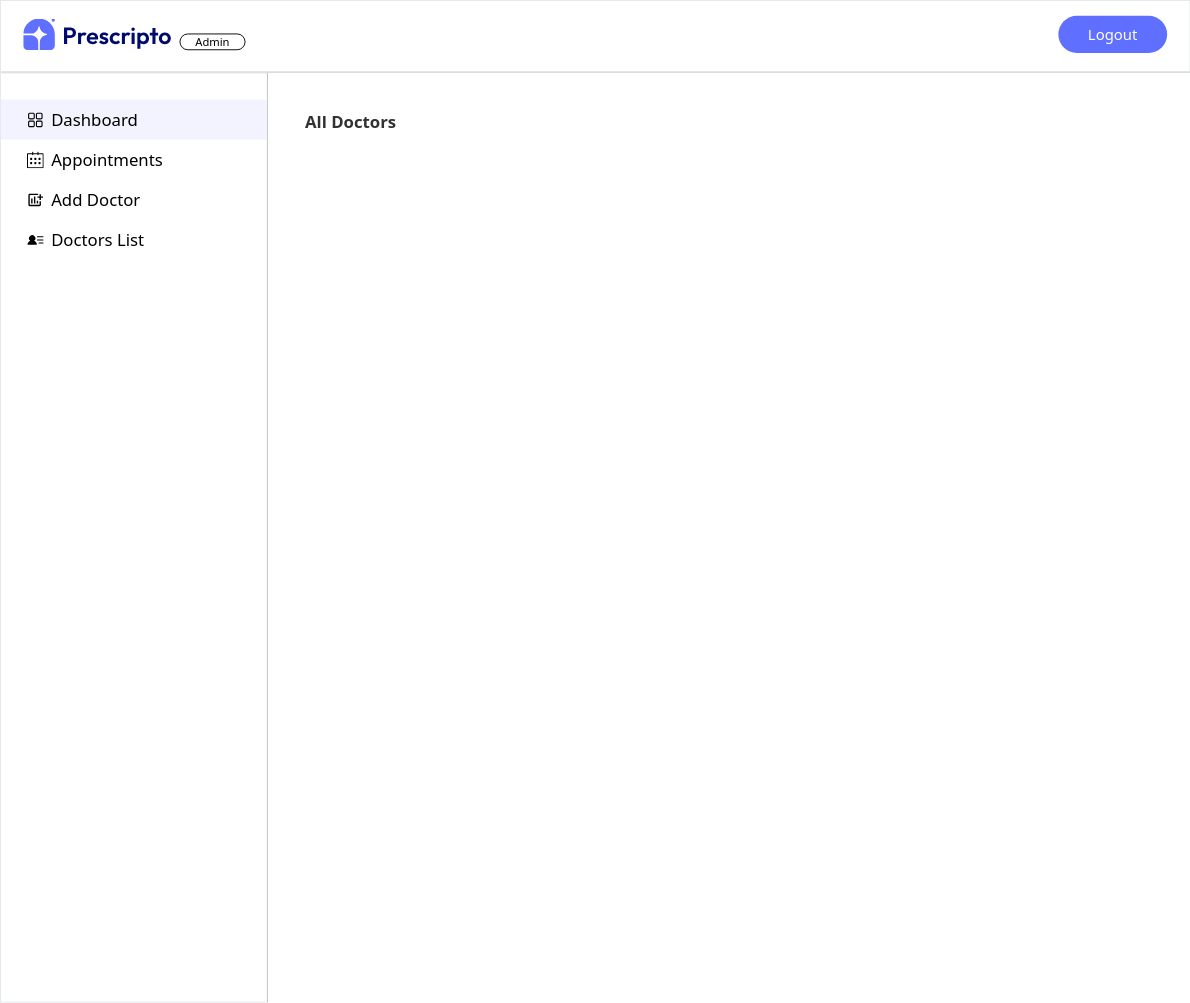
Repository: AzizHamdi99/Prescripto
Page: /doctorsList (app in AdminPanel/)
An editor plug-in stored every save of this project. The page is shown before and after the next save, followed by the edit.
The browser window is 1280 px wide. The pictures show the whole page, at 93% of full size.
The page's requests for data from a server got no answer. The project was rebuilt for these pictures with package versions that can differ from the ones it lists, and the page was loaded fresh each time. No one was signed in, and anything a server would have sent is missing. Also part of the build but not shown: AdminPanel/vite.config.js, AdminPanel/src/componants/AddDoctor.jsx.

Above is the page before, as saved 2025-01-02 17:16:02.

### AdminPanel/src/main.jsx
import { StrictMode } from 'react'
import { createRoot } from 'react-dom/client'
import './index.css'
import App from './App.jsx'
import { BrowserRouter } from "react-router-dom";

createRoot(document.getElementById('root')).render(
  <BrowserRouter>
    <App />
  </BrowserRouter>,
)

### AdminPanel/src/App.jsx
import { useState } from 'react'
import{Route,Routes} from 'react-router-dom'

import './App.css'
import Navbar from './componants/Navbar'
import SideBar from './componants/SideBar'
import AddDoctor from './componants/AddDoctor'
import DocotorsList from './componants/DocotorsList'

function App() {


  return (
    <div>
      <Navbar/>
      <div className='flex'>
      <SideBar/>
      <Routes>
      <Route path='/addDoctor' element={<AddDoctor/>}/>
      <Route path='/doctorsList' element={<DocotorsList/>}/>
      </Routes>
      </div>
    </div>

  )
}

export default App

### AdminPanel/src/componants/Navbar.jsx
import React from 'react'
import { assets } from '../../../frontend/src/assets/assets_frontend/assets'

function Navbar() {
  return (
    <div className='flex items-center justify-between px-6 py-4 pb-5 border-b-[#BEBEBE] border-[1px]  '>
        <div className='flex items-center justify-center'>
        <img src={assets.logo} alt="" className=' w-40 mr-2'  />
         <p className=' px-4 border-black border 1 rounded-xl font-light text-xs relative top-2'>Admin</p>
                </div>
        <span className='py-2 px-8 rounded-3xl bg-[#5F6FFF] text-white'>Logout</span>



    </div>
  )
}

export default Navbar

### AdminPanel/src/componants/SideBar.jsx
import React from 'react'
import { assets } from '../../../frontend/src/assets/assets_frontend/assets'
import { RxDashboard } from "react-icons/rx";
import { SlCalender } from "react-icons/sl";
import { MdAddChart } from "react-icons/md";
import { PiUserListFill } from "react-icons/pi";
import { useNavigate } from 'react-router-dom';


function SideBar() {
  const navigate=useNavigate();
  return (
    <div className='flex flex-col py-7 w-72 text-[18px] border-r-[#BEBEBE] border-[1px] h-[1000px]'>
        <div className='flex items-center gap-2  px-7 py-2 bg-[#F2F3FF] cursor-pointer'>
        <RxDashboard />
        <p>Dashboard</p>
        </div>
        <div className='flex items-center gap-2 px-7 py-2  cursor-pointer' >
        <SlCalender />
        <p>Appointments</p>
        </div>
        <div onClick={()=>navigate("/addDoctor")} className='flex items-center gap-2 px-7 py-2  cursor-pointer'>
        <MdAddChart />
        <p>Add Doctor</p>
        </div>
        <div onClick={()=>navigate("/doctorsList")}  className='flex items-center gap-2 px-7 py-2  cursor-pointer'>
        <PiUserListFill />
        <p>Doctors List</p>
        </div>

    </div>
  )
}

export default SideBar

### AdminPanel/src/componants/DocotorsList.jsx
import React, { useEffect, useState } from 'react'
import axios from 'axios'

function DocotorsList() {
const [data,setData]=useState([])
    useEffect(()=>{
        const fetchData=async()=>{
            try{
                const response= await axios.get('http://localhost:3000/api/doctors/getAllDoctors')
                console.log(response.data)
                setData(response.data);

            }catch(error){
                console.error('eroorr fetching daata',error)
            }


        }
        fetchData()
     },[])


  return (
    <div className='p-10'>
        <p className='text-[#323232] text-[18px] font-semibold'>All Doctors</p>
        <div className='grid grid-cols-5 gap-4 gap-y-6 '>
            {data.map((item,index)=>(
                <div className='border-[1px] border-[#C9D8FF] rounded-t-[12px]'>
                 <img className='w-full h-[216px] bg-[#EAEFFF] rounded-t-[12px]' src={`http://localhost:3000/${item.image}`} alt="" />
                 <div className='p-3'>
                    <p  className='text-[#1F2937] text-[18px] font-medium'>{item.name}</p>
                 <p className='text-[#4B5563] text-[14px] font-normal'>{item.speciality}</p>
                 </div>

                </div>
            ))}


        </div>


    </div>
  )
}

export default DocotorsList

### frontend/src/assets/assets_frontend/assets.js
import appointment_img from './appointment_img.png'
import header_img from './header_img.png'
import group_profiles from './group_profiles.png'
import profile_pic from './profile_pic.png'
import contact_image from './contact_image.png'
import about_image from './about_image.png'
import logo from './logo.svg'
import dropdown_icon from './dropdown_icon.svg'
import dropup_icon from './arrow-drop-up.svg'
import menu_icon from './menu_icon.svg'
import cross_icon from './cross_icon.png'
import chats_icon from './chats_icon.svg'
import verified_icon from './verified_icon.svg'
import arrow_icon from './arrow_icon.svg'
import info_icon from './info_icon.svg'
import upload_icon from './upload_icon.png'
import stripe_logo from './stripe_logo.png'
import razorpay_logo from './razorpay_logo.png'
import doc1 from './doc1.png'
import doc2 from './doc2.png'
import doc3 from './doc3.png'
import doc4 from './doc4.png'
import doc5 from './doc5.png'
import doc6 from './doc6.png'
import doc7 from './doc7.png'
import doc8 from './doc8.png'
import doc9 from './doc9.png'
import doc10 from './doc10.png'
import doc11 from './doc11.png'
import doc12 from './doc12.png'
import doc13 from './doc13.png'
import doc14 from './doc14.png'
import doc15 from './doc15.png'
import Dermatologist from './Dermatologist.svg'
import Gastroenterologist from './Gastroenterologist.svg'
import General_physician from './General_physician.svg'
import Gynecologist from './Gynecologist.svg'
import Neurologist from './Neurologist.svg'
import Pediatricians from './Pediatricians.svg'


export const assets = {
    appointment_img,
    header_img,
    group_profiles,
    logo,
    chats_icon,
    verified_icon,
    info_icon,
    profile_pic,
    arrow_icon,
    contact_image,
    about_image,
    menu_icon,
    cross_icon,
    dropdown_icon,
    upload_icon,
    stripe_logo,
    razorpay_logo,
    dropup_icon
}

export const specialityData = [
    {
        speciality: 'General physician',
        image: General_physician
    },
    {
        speciality: 'Gynecologist',
        image: Gynecologist
    },
    {
        speciality: 'Dermatologist',
        image: Dermatologist
    },
    {
        speciality: 'Pediatricians',
        image: Pediatricians
    },
    {
        speciality: 'Neurologist',
        image: Neurologist
    },
    {
        speciality: 'Gastroenterologist',
        image: Gastroenterologist
    },
]

export const doctors = [
    {
        _id: 'doc1',
        name: 'Dr. Richard James',
        image: doc1,
        speciality: 'General physician',
        degree: 'MBBS',
        experience: '4 Years',
        about: 'Dr. Davis has a strong commitment to delivering comprehensive medical care, focusing on preventive medicine, early diagnosis, and effective treatment strategies. Dr. Davis has a strong commitment to delivering comprehensive medical care, focusing on preventive medicine, early diagnosis, and effective treatment strategies.',
        fees: 50,
        address: {
            line1: '17th Cross, Richmond',
            line2: 'Circle, Ring Road, London'
        }
    },
    {
        _id: 'doc2',
        name: 'Dr. Emily Larson',
        image: doc2,
        speciality: 'Gynecologist',
        degree: 'MBBS',
        experience: '3 Years',
        about: 'Dr. Davis has a strong commitment to delivering comprehensive medical care, focusing on preventive medicine, early diagnosis, and effective treatment strategies. Dr. Davis has a strong commitment to delivering comprehensive medical care, focusing on preventive medicine, early diagnosis, and effective treatment strategies.',
        fees: 60,
        address: {
            line1: '27th Cross, Richmond',
            line2: 'Circle, Ring Road, London'
        }
    },
    {
        _id: 'doc3',
        name: 'Dr. Sarah Patel',
        image: doc3,
        speciality: 'Dermatologist',
        degree: 'MBBS',
        experience: '1 Years',
        about: 'Dr. Davis has a strong commitment to delivering comprehensive medical care, focusing on preventive medicine, early diagnosis, and effective treatment strategies. Dr. Davis has a strong commitment to delivering comprehensive medical care, focusing on preventive medicine, early diagnosis, and effective treatment strategies.',
        fees: 30,
        address: {
            line1: '37th Cross, Richmond',
            line2: 'Circle, Ring Road, London'
        }
    },
    {
        _id: 'doc4',
        name: 'Dr. Christopher Lee',
        image: doc4,
        speciality: 'Pediatricians',
        degree: 'MBBS',
        experience: '2 Years',
        about: 'Dr. Davis has a strong commitment to delivering comprehensive medical care, focusing on preventive medicine, early diagnosis, and effective treatment strategies. Dr. Davis has a strong commitment to delivering comprehensive medical care, focusing on preventive medicine, early diagnosis, and effective treatment strategies.',
        fees: 40,
        address: {
            line1: '47th Cross, Richmond',
            line2: 'Circle, Ring Road, London'
        }
    },
    {
        _id: 'doc5',
        name: 'Dr. Jennifer Garcia',
        image: doc5,
        speciality: 'Neurologist',
        degree: 'MBBS',
        experience: '4 Years',
        about: 'Dr. Davis has a strong commitment to delivering comprehensive medical care, focusing on preventive medicine, early diagnosis, and effective treatment strategies. Dr. Davis has a strong commitment to delivering comprehensive medical care, focusing on preventive medicine, early diagnosis, and effective treatment strategies.',
        fees: 50,
        address: {
            line1: '57th Cross, Richmond',
            line2: 'Circle, Ring Road, London'
        }
    },
    {
        _id: 'doc6',
        name: 'Dr. Andrew Williams',
        image: doc6,
        speciality: 'Neurologist',
        degree: 'MBBS',
        experience: '4 Years',
        about: 'Dr. Davis has a strong commitment to delivering comprehensive medical care, focusing on preventive medicine, early diagnosis, and effective treatment strategies. Dr. Davis has a strong commitment to delivering comprehensive medical care, focusing on preventive medicine, early diagnosis, and effective treatment strategies.',
        fees: 50,
        address: {
            line1: '57th Cross, Richmond',
            line2: 'Circle, Ring Road, London'
        }
    },
    {
        _id: 'doc7',
        name: 'Dr. Christopher Davis',
        image: doc7,
        speciality: 'General physician',
        degree: 'MBBS',
        experience: '4 Years',
        about: 'Dr. Davis has a strong commitment to delivering comprehensive medical care, focusing on preventive medicine, early diagnosis, and effective treatment strategies. Dr. Davis has a strong commitment to delivering comprehensive medical care, focusing on preventive medicine, early diagnosis, and effective treatment strategies.',
        fees: 50,
        address: {
            line1: '17th Cross, Richmond',
            line2: 'Circle, Ring Road, London'
        }
    },
    {
        _id: 'doc8',
        name: 'Dr. Timothy White',
        image: doc8,
        speciality: 'Gynecologist',
        degree: 'MBBS',
        experience: '3 Years',
        about: 'Dr. Davis has a strong commitment to delivering comprehensive medical care, focusing on preventive medicine, early diagnosis, and effective treatment strategies. Dr. Davis has a strong commitment to delivering comprehensive medical care, focusing on preventive medicine, early diagnosis, and effective treatment strategies.',
        fees: 60,
        address: {
            line1: '27th Cross, Richmond',
            line2: 'Circle, Ring Road, London'
        }
    },
    {
        _id: 'doc9',
        name: 'Dr. Ava Mitchell',
        image: doc9,
        speciality: 'Dermatologist',
        degree: 'MBBS',
        experience: '1 Years',
        about: 'Dr. Davis has a strong commitment to delivering comprehensive medical care, focusing on preventive medicine, early diagnosis, and effective treatment strategies. Dr. Davis has a strong commitment to delivering comprehensive medical care, focusing on preventive medicine, early diagnosis, and effective treatment strategies.',
        fees: 30,
        address: {
            line1: '37th Cross, Richmond',
            line2: 'Circle, Ring Road, London'
        }
    },
    {
        _id: 'doc10',
        name: 'Dr. Jeffrey King',
        image: doc10,
        speciality: 'Pediatricians',
        degree: 'MBBS',
        experience: '2 Years',
        about: 'Dr. Davis has a strong commitment to delivering comprehensive medical care, focusing on preventive medicine, early diagnosis, and effective treatment strategies. Dr. Davis has a strong commitment to delivering comprehensive medical care, focusing on preventive medicine, early diagnosis, and effective treatment strategies.',
        fees: 40,
        address: {
            line1: '47th Cross, Richmond',
            line2: 'Circle, Ring Road, London'
        }
    },
    {
        _id: 'doc11',
        name: 'Dr. Zoe Kelly',
        image: doc11,
        speciality: 'Neurologist',
        degree: 'MBBS',
        experience: '4 Years',
        about: 'Dr. Davis has a strong commitment to delivering comprehensive medical care, focusing on preventive medicine, early diagnosis, and effective treatment strategies. Dr. Davis has a strong commitment to delivering comprehensive medical care, focusing on preventive medicine, early diagnosis, and effective treatment strategies.',
        fees: 50,
        address: {
            line1: '57th Cross, Richmond',
            line2: 'Circle, Ring Road, London'
        }
    },
    {
        _id: 'doc12',
        name: 'Dr. Patrick Harris',
        image: doc12,
        speciality: 'Neurologist',
        degree: 'MBBS',
        experience: '4 Years',
        about: 'Dr. Davis has a strong commitment to delivering comprehensive medical care, focusing on preventive medicine, early diagnosis, and effective treatment strategies. Dr. Davis has a strong commitment to delivering comprehensive medical care, focusing on preventive medicine, early diagnosis, and effective treatment strategies.',
        fees: 50,
        address: {
            line1: '57th Cross, Richmond',
            line2: 'Circle, Ring Road, London'
        }
    },
    {
        _id: 'doc13',
        name: 'Dr. Chloe Evans',
        image: doc13,
        speciality: 'General physician',
        degree: 'MBBS',
        experience: '4 Years',
        about: 'Dr. Davis has a strong commitment to delivering comprehensive medical care, focusing on preventive medicine, early diagnosis, and effective treatment strategies. Dr. Davis has a strong commitment to delivering comprehensive medical care, focusing on preventive medicine, early diagnosis, and effective treatment strategies.',
        fees: 50,
        address: {
            line1: '17th Cross, Richmond',
            line2: 'Circle, Ring Road, London'
        }
    },
    {
        _id: 'doc14',
        name: 'Dr. Ryan Martinez',
        image: doc14,
        speciality: 'Gynecologist',
        degree: 'MBBS',
        experience: '3 Years',
        about: 'Dr. Davis has a strong commitment to delivering comprehensive medical care, focusing on preventive medicine, early diagnosis, and effective treatment strategies. Dr. Davis has a strong commitment to delivering comprehensive medical care, focusing on preventive medicine, early diagnosis, and effective treatment strategies.',
        fees: 60,
        address: {
            line1: '27th Cross, Richmond',
            line2: 'Circle, Ring Road, London'
        }
    },
    {
        _id: 'doc15',
        name: 'Dr. Amelia Hill',
        image: doc15,
        speciality: 'Dermatologist',
        degree: 'MBBS',
        experience: '1 Years',
        about: 'Dr. Davis has a strong commitment to delivering comprehensive medical care, focusing on preventive medicine, early diagnosis, and effective treatment strategies. Dr. Davis has a strong commitment to delivering comprehensive medical care, focusing on preventive medicine, early diagnosis, and effective treatment strategies.',
        fees: 30,
        address: {
            line1: '37th Cross, Richmond',
            line2: 'Circle, Ring Road, London'
        }
    },
]

Loaded but not shown: AdminPanel/index.html (common file); AdminPanel/src/index.css (common file); AdminPanel/tailwind.config.js (common file); AdminPanel/src/App.css (no stored copy; drawn as an empty file)

After the next save:
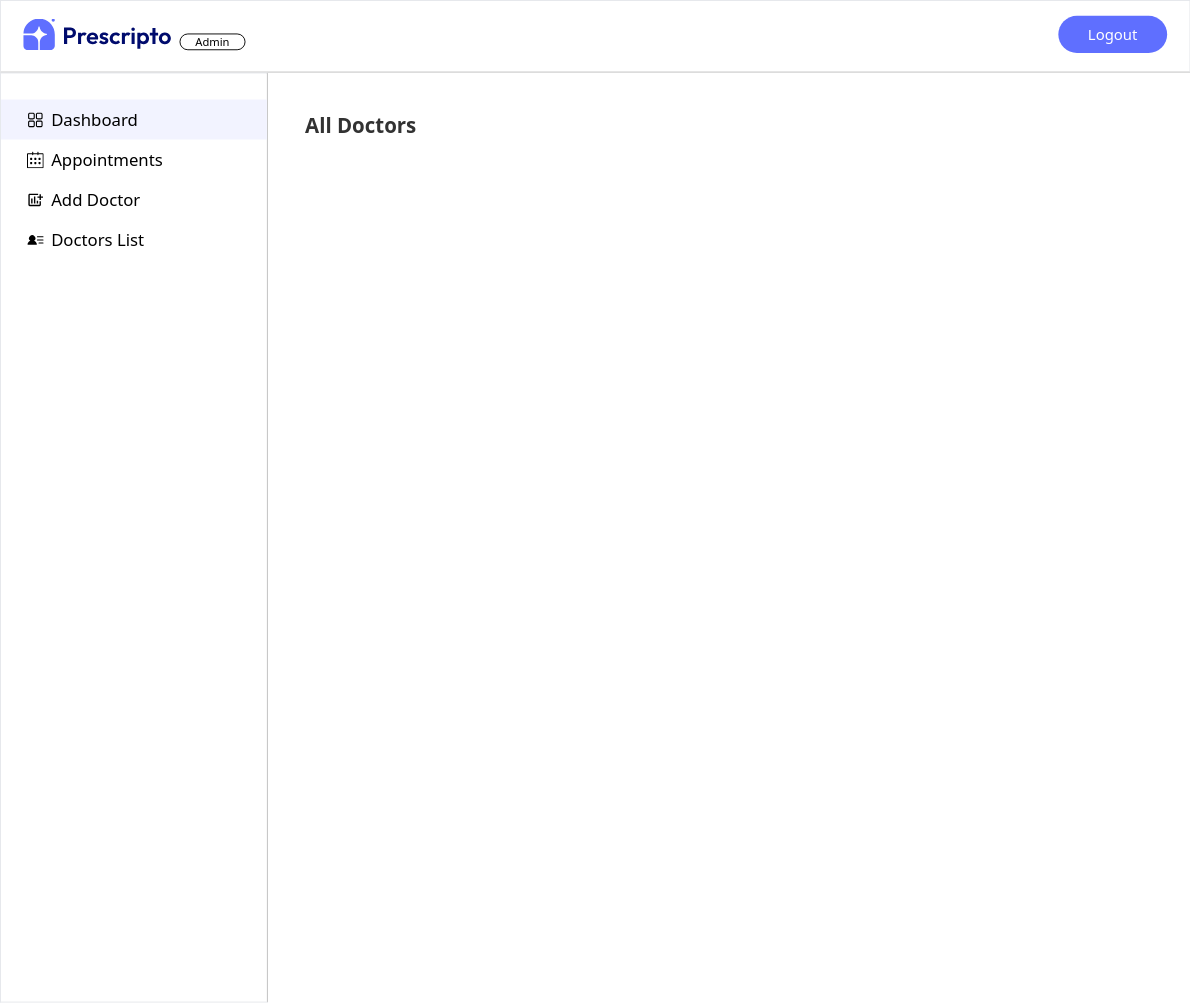
Saved 6 s later.
--- a/AdminPanel/src/componants/DocotorsList.jsx
+++ b/AdminPanel/src/componants/DocotorsList.jsx
@@ -22,7 +22,7 @@
 
   return (
     <div className='p-10'>
-        <p className='text-[#323232] text-[18px] font-semibold'>All Doctors</p>
+        <p className='text-[#323232] text-[22px] font-semibold'>All Doctors</p>
         <div className='grid grid-cols-5 gap-4 gap-y-6 '>
             {data.map((item,index)=>(
                 <div className='border-[1px] border-[#C9D8FF] rounded-t-[12px]'>
